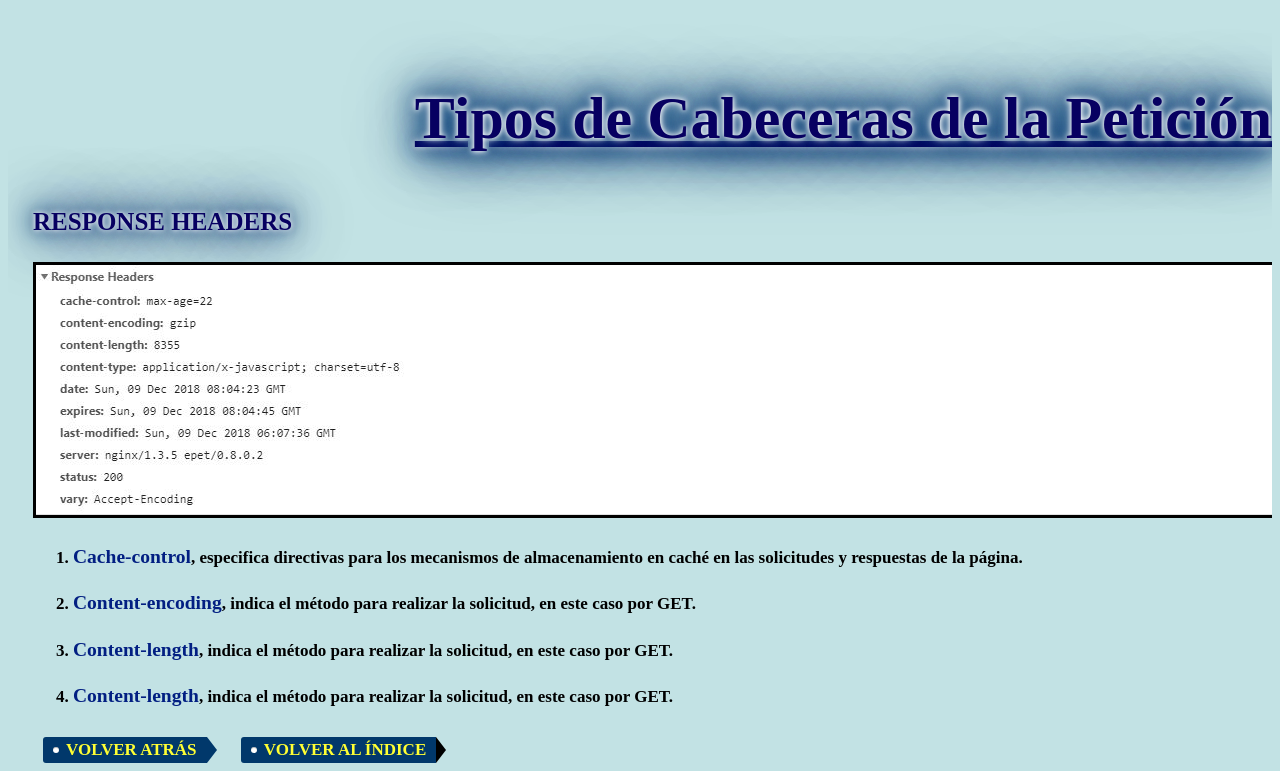
Repository: VictorinoBF97/HerramientasDesarollo
Page: responseHeaders.html
An editor plug-in stored every save of this project. The page is shown before and after a run of saves, followed by the edit.
The browser window is 1280 px wide. The pictures show the whole page.

Above is the page before, as saved 2018-12-09 09:47:22.
Not found: main.js

After the next 5 saves:
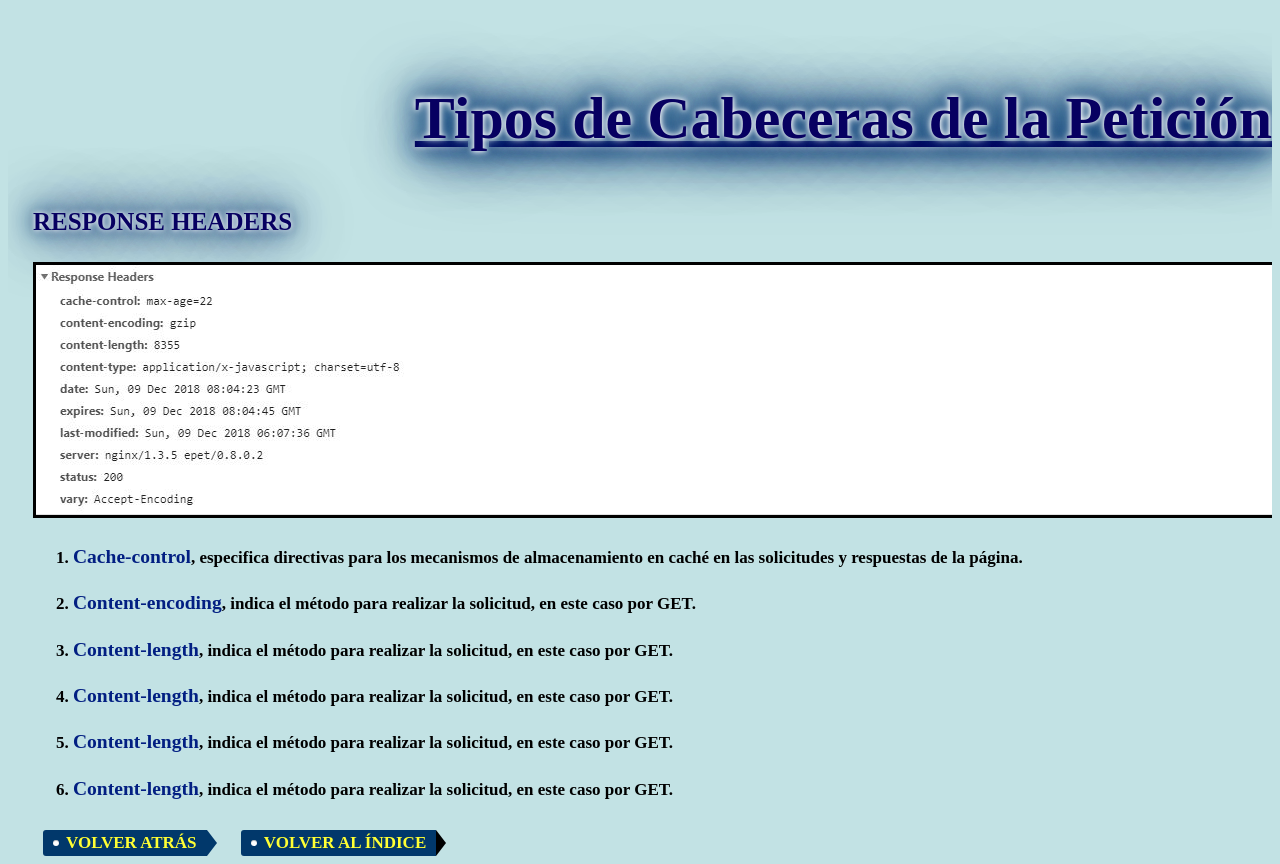
The 5 saves are shown as one change because they came seconds apart.
The last was saved 14 s later.
--- a/responseHeaders.html
+++ b/responseHeaders.html
@@ -31,8 +31,14 @@
                     <p><strong>Content-length</strong>, indica el método para realizar la solicitud, en este caso por GET.</p>
                 </li>
                 <li>
-                        <p><strong>Content-length</strong>, indica el método para realizar la solicitud, en este caso por GET.</p>
-                    </li>
+                    <p><strong>Content-length</strong>, indica el método para realizar la solicitud, en este caso por GET.</p>
+                </li>
+                <li>
+                            <p><strong>Content-length</strong>, indica el método para realizar la solicitud, en este caso por GET.</p>
+                </li>
+                        <li>
+                                <p><strong>Content-length</strong>, indica el método para realizar la solicitud, en este caso por GET.</p>
+                            </li>
                 </ol>
             </div>
 
